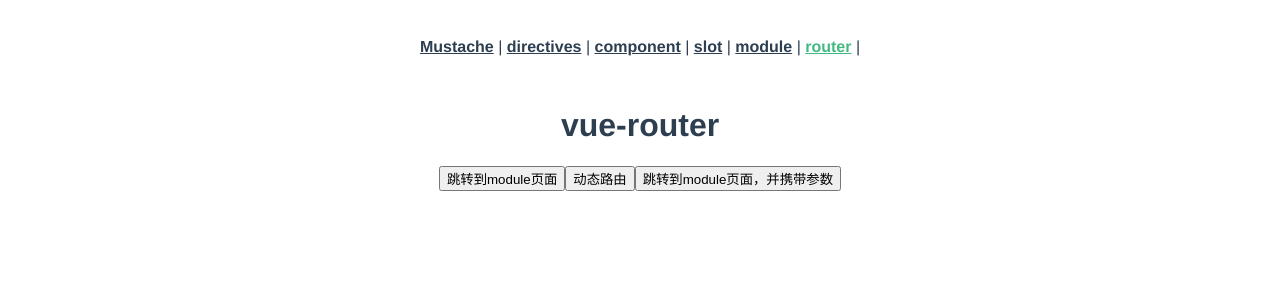
Repository: yeyanghui0616/my-vue2-learning
Page: /router
These files come from the project's save history. The page is drawn as it stood at one moment and after a run of saves; the edit follows.
The browser window is 1280 px wide. The pictures show the whole page.
The project was rebuilt for these pictures with package versions that can differ from the ones it lists, and the page was loaded fresh each time. Also part of the build but not shown: src/views/Mustache.vue, src/components/globalComponent.vue.

Above is the page before, as saved 2023-08-30 22:20:09.

### src/main.js
import Vue from "vue";
import App from "./App.vue";
import router from "./router";
import store from "./store";

// 注册全局组件
import globalComponent from "./components/globalComponent";
Vue.component("globalComponent", globalComponent);

Vue.config.productionTip = false;

new Vue({
	router,
	store,
	render: (h) => h(App),
}).$mount("#app");

### src/App.vue
<template>
  <div id="app">
    <div id="nav">
      <router-link to="/">Mustache</router-link> |
      <router-link to="/directives">directives</router-link> |
      <router-link to="/component">component</router-link> |
      <router-link to="/slot">slot</router-link> |
      <router-link to="/module">module</router-link> |
      <router-link to="/router">router</router-link> |
    </div>
    <router-view />
  </div>
</template>

<style lang="scss">
#app {
  font-family: Avenir, Helvetica, Arial, sans-serif;
  -webkit-font-smoothing: antialiased;
  -moz-osx-font-smoothing: grayscale;
  text-align: center;
  color: #2c3e50;
}

#nav {
  padding: 30px;

  a {
    font-weight: bold;
    color: #2c3e50;

    &.router-link-exact-active {
      color: #42b983;
    }
  }
}
</style>

### src/router/index.js
import Vue from "vue";
import VueRouter from "vue-router";
import Mustache from "../views/Mustache.vue";

Vue.use(VueRouter);

const routes = [
	{
		path: "/",
		name: "Mustache",
		component: Mustache,
	},
	{
		path: "/directives",
		name: "directives",
		component: () => import("../views/directives.vue"),
	},
	{
		path: "/component",
		name: "component",
		component: () => import("../views/component.vue"),
	},
	{
		path: "/slot",
		name: "slot",
		component: () => import("../views/slot.vue"),
	},
	{
		path: "/module",
		name: "module",
		component: () => import("../views/module.vue"),
	},
	{
		path: "/router",
		name: "router",
		component: () => import("../views/router.vue"),
	},
	{
		path: "/router2/:id",
		name: "router2",
		component: () => import("../views/router2.vue"),
	},
];

const router = new VueRouter({
	mode: "history",
	base: process.env.BASE_URL,
	routes,
});

export default router;

### src/views/router.vue
<template>
  <div>
    <h1>vue-router</h1>
    <button @click="jumpModulePage">跳转到module页面</button>
    <button @click="jumpModulePage2">动态路由</button>
    <button @click="jumpModulePage3">跳转到module页面，并携带参数</button>
  </div>
</template>

<script>
export default {
  data() {
    return {};
  },

  methods: {
    jumpModulePage() {
      this.$router.push("/router2");
    },
    jumpModulePage2() {
      this.$router.push("/router2/123");
    },
    jumpModulePage3() {
      this.$router.push("/router2/123");
    },
  },
};
</script>

<style lang="scss"></style>

Loaded but not shown: public/index.html (common file); src/store/index.js (common file)

After the next 2 saves:
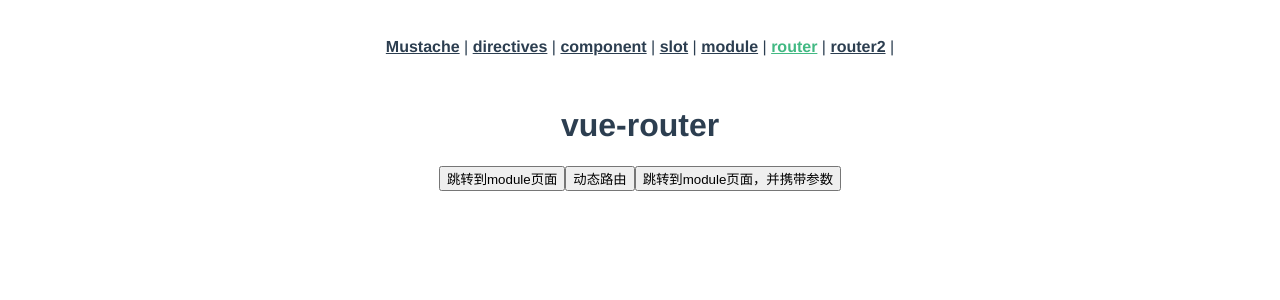
The 2 saves are shown as one change because they came seconds apart.
The last was saved 11 s later.
--- a/src/App.vue
+++ b/src/App.vue
@@ -7,6 +7,7 @@
       <router-link to="/slot">slot</router-link> |
       <router-link to="/module">module</router-link> |
       <router-link to="/router">router</router-link> |
+      <router-link to="/router2">router2</router-link> |
     </div>
     <router-view />
   </div>
